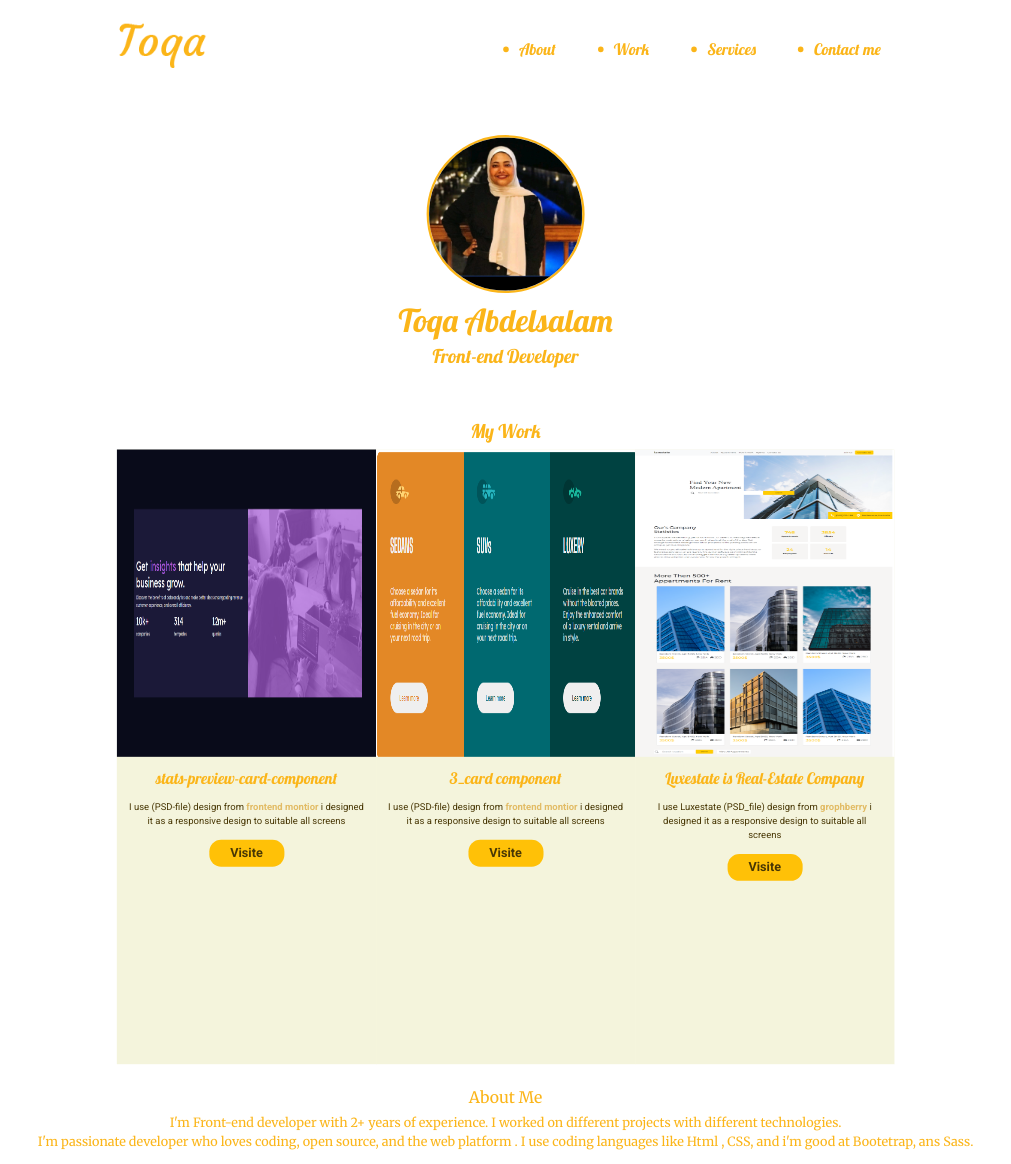
Repository: Toqa-25/portfolio
Page: index.html
An editor plug-in stored every save of this project. The page is shown before and after the next save, followed by the edit.
The browser window is 1280 px wide. The pictures show the whole page, at 79% of full size.
Some web fonts or font styles are not loaded; a fallback is used.

Above is the page before, as saved 2021-11-01 00:25:11.

After the next save:
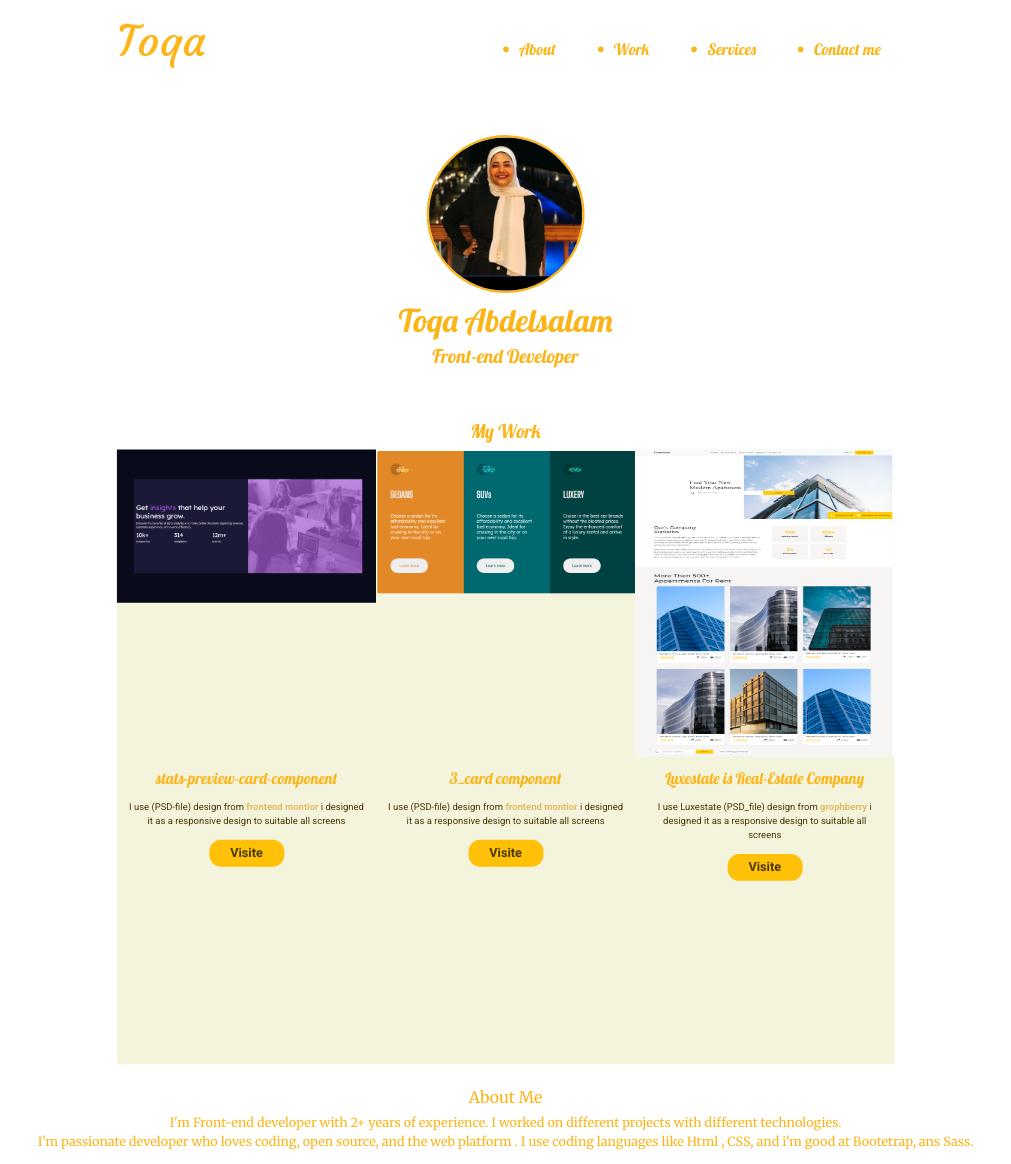
Saved 15 s later.
--- a/css/style.css
+++ b/css/style.css
@@ -171,7 +171,7 @@ font-family: 'Roboto', sans-serif;
  }
  .card-img img{
      width:100%;
-     height: 100%;
+     max-height: 100%;
      transition: .2s;
      -webkit-transition: .2s;
      -moz-transition: .2s;
